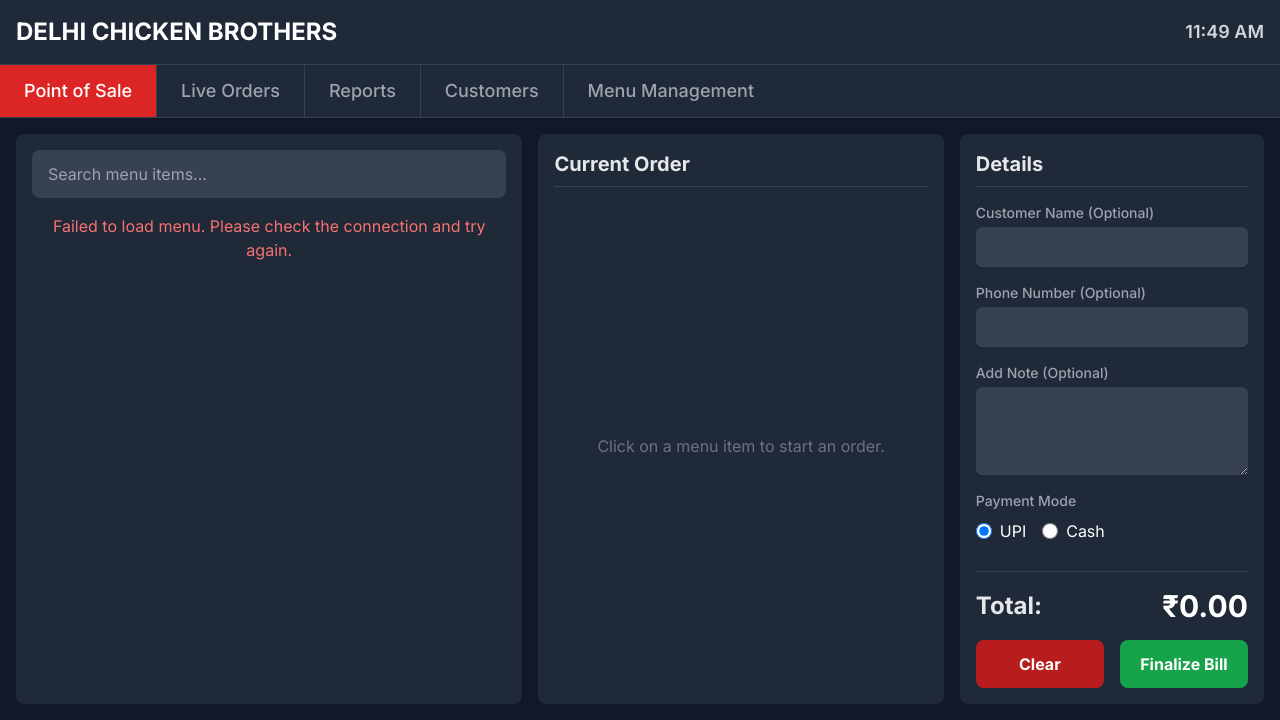
Repository: roydigital/dcb-pos-app
Page: index.html
An editor plug-in stored every save of this project. The page is shown before and after the next save, followed by the edit.
The browser window is 1280 px wide. The pictures show the whole page.
The page's requests for data from a server got no answer. Some web libraries are served in a nearby version.

Above is the page before, as saved 2025-09-18 17:05:16.

### index.html
<!DOCTYPE html>
<html lang="en">
<head>
    <meta charset="UTF-8">
    <meta name="viewport" content="width=device-width, initial-scale=1.0">
    <title>Delhi Chicken Brothers - POS</title>
    <script src="https://cdn.tailwindcss.com"></script>
    <link rel="preconnect" href="https://fonts.googleapis.com">
    <link rel="preconnect" href="https://fonts.gstatic.com" crossorigin>
    <link href="https://fonts.googleapis.com/css2?family=Inter:wght@400;500;600;700&display=swap" rel="stylesheet">
    <style>
        body {
            font-family: 'Inter', sans-serif;
        }
    </style>
</head>
<body class="bg-gray-900 text-gray-200">
    <div class="flex flex-col h-screen">
        <!-- Header -->
        <header class="bg-gray-800 p-4 flex justify-between items-center shadow-md">
            <h1 class="text-2xl font-bold text-white">DELHI CHICKEN BROTHERS</h1>
            <div id="current-time" class="text-lg font-semibold text-gray-300">11:46 AM</div>
        </header>

        <!-- Navigation Bar -->
        <nav class="bg-gray-800 border-t border-b border-gray-700">
            <div class="flex">
                <a href="index.html" class="px-6 py-3 text-lg font-medium bg-red-600 text-white border-r border-gray-700">Point of Sale</a>
                <a href="live-orders.html" class="px-6 py-3 text-lg font-medium text-gray-400 hover:bg-gray-700 border-r border-gray-700">Live Orders</a>
                <a href="reports.html" class="px-6 py-3 text-lg font-medium text-gray-400 hover:bg-gray-700 border-r border-gray-700">Reports</a>
                <a href="customers.html" class="px-6 py-3 text-lg font-medium text-gray-400 hover:bg-gray-700 border-r border-gray-700">Customers</a>
                <a href="menu-management.html" class="px-6 py-3 text-lg font-medium text-gray-400 hover:bg-gray-700">Menu Management</a>
            </div>
        </nav>

        <!-- Main Content -->
        <main class="flex-grow flex p-4 space-x-4 overflow-hidden">
            <!-- Left Column: Menu -->
            <div class="w-5/12 bg-gray-800 rounded-lg p-4 flex flex-col">
                <input type="text" id="menu-search-input" placeholder="Search menu items..." class="w-full bg-gray-700 text-white py-3 px-4 rounded-lg mb-4 focus:outline-none focus:ring-2 focus:ring-red-500">
                <div id="menu-grid" class="grid grid-cols-2 md:grid-cols-3 lg:grid-cols-4 gap-4 overflow-y-auto flex-grow">
                    <!-- Menu items will be dynamically inserted here -->
                </div>
            </div>

            <!-- Middle Column: Current Order -->
            <div class="w-4/12 bg-gray-800 rounded-lg p-4 flex flex-col">
                <h2 class="text-xl font-bold mb-4 border-b border-gray-700 pb-2">Current Order</h2>
                <div id="order-items" class="flex-grow flex items-center justify-center">
                    <p class="text-gray-500">Click on a menu item to start an order.</p>
                </div>
            </div>

            <!-- Right Column: Order Finalization -->
            <div class="w-3/12 bg-gray-800 rounded-lg p-4 flex flex-col">
                <h2 class="text-xl font-bold mb-4 border-b border-gray-700 pb-2">Details</h2>
                <div class="space-y-4">
                    <div class="relative">
                        <label for="customer-name" class="block text-sm font-medium text-gray-400">Customer Name (Optional)</label>
                        <input type="text" id="customer-name" class="mt-1 block w-full bg-gray-700 border-gray-600 rounded-md shadow-sm py-2 px-3 text-white focus:outline-none focus:ring-red-500 focus:border-red-500">
                        <div id="customer-search-results" class="absolute z-10 w-full bg-gray-800 border border-gray-600 rounded-md mt-1 shadow-lg" style="display: none;">
                            <!-- Search results will be populated here -->
                        </div>
                    </div>
                    <div>
                        <label for="phone-number" class="block text-sm font-medium text-gray-400">Phone Number (Optional)</label>
                        <input type="tel" id="phone-number" class="mt-1 block w-full bg-gray-700 border-gray-600 rounded-md shadow-sm py-2 px-3 text-white focus:outline-none focus:ring-red-500 focus:border-red-500">
                    </div>
                    <div>
                        <label for="order-notes" class="block text-sm font-medium text-gray-400">Add Note (Optional)</label>
                        <textarea id="order-notes" rows="3" class="mt-1 block w-full bg-gray-700 border-gray-600 rounded-md shadow-sm py-2 px-3 text-white focus:outline-none focus:ring-red-500 focus:border-red-500"></textarea>
                    </div>
                    <div>
                        <label class="block text-sm font-medium text-gray-400">Payment Mode</label>
                        <div class="mt-2 flex space-x-4">
                            <label class="flex items-center">
                                <input type="radio" name="payment-mode" value="upi" class="form-radio h-4 w-4 text-red-600 bg-gray-700 border-gray-600 focus:ring-red-500" checked>
                                <span class="ml-2 text-white">UPI</span>
                            </label>
                            <label class="flex items-center">
                                <input type="radio" name="payment-mode" value="cash" class="form-radio h-4 w-4 text-red-600 bg-gray-700 border-gray-600 focus:ring-red-500">
                                <span class="ml-2 text-white">Cash</span>
                            </label>
                        </div>
                    </div>
                </div>
                <div class="mt-auto pt-4 border-t border-gray-700">
                    <div class="flex justify-between items-center mb-4">
                        <span class="text-2xl font-bold">Total:</span>
                        <span id="total-amount" class="text-3xl font-bold text-white">₹0.00</span>
                    </div>
                    <div class="grid grid-cols-2 gap-4">
                        <button id="clear-order-btn" class="w-full bg-red-700 hover:bg-red-800 text-white font-bold py-3 px-4 rounded-lg">
                            Clear
                        </button>
                        <button id="finalize-bill-btn" class="w-full bg-green-600 hover:bg-green-700 text-white font-bold py-3 px-4 rounded-lg">
                            Finalize Bill
                        </button>
                    </div>
                </div>
            </div>
        </main>
    </div>

    <script>
        let currentOrder = [];
        let fullMenuList = [];

        function populateMenu(menuItemsToShow) {
            const menuGrid = document.getElementById('menu-grid');
            menuGrid.innerHTML = ''; // Clear existing items

            menuItemsToShow.forEach(item => {
                item.prices.forEach(priceInfo => {
                const button = document.createElement('button');

                // Conditional background colors based on portion size
                if (priceInfo.size === 'Half') {
                    button.className = 'bg-sky-700 hover:bg-sky-600 text-white font-semibold py-3 px-2 rounded-lg text-sm flex flex-col justify-center items-center shadow-lg transition-colors duration-200';
                } else if (priceInfo.size === 'Full') {
                    button.className = 'bg-teal-700 hover:bg-teal-600 text-white font-semibold py-3 px-2 rounded-lg text-sm flex flex-col justify-center items-center shadow-lg transition-colors duration-200';
                } else {
                    button.className = 'bg-gray-700 hover:bg-red-600 text-white font-semibold py-3 px-2 rounded-lg text-sm flex flex-col justify-center items-center shadow-lg transition-colors duration-200';
                }

                let itemName = item.name;
                if (priceInfo.size !== 'Standard') {
                    itemName += ` (${priceInfo.size})`;
                }

                const nameSpan = document.createElement('span');
                nameSpan.textContent = itemName;
                nameSpan.className = 'text-center';

                const priceSpan = document.createElement('span');
                priceSpan.textContent = `₹${priceInfo.price.toFixed(2)}`;
                priceSpan.className = 'text-lg font-bold mt-1';

                button.appendChild(nameSpan);
                button.appendChild(priceSpan);

                button.addEventListener('click', () => addToOrder(itemName, priceInfo.price));

                menuGrid.appendChild(button);
                });
            });
        }

        async function fetchAndDisplayMenu() {
            const menuGrid = document.getElementById('menu-grid');
            try {
                const response = await fetch('/api/menu');
                if (!response.ok) {
                    throw new Error(`HTTP error! status: ${response.status}`);
                }
                fullMenuList = await response.json();
                populateMenu(fullMenuList);
            } catch (error) {
                console.error("Failed to fetch menu:", error);
                menuGrid.innerHTML = `<p class="text-red-400 col-span-full text-center">Failed to load menu. Please check the connection and try again.</p>`;
            }
        }

        function addToOrder(itemName, itemPrice) {
            const existingItem = currentOrder.find(item => item.name === itemName);
            if (existingItem) {
                existingItem.quantity++;
            } else {
                currentOrder.push({ name: itemName, price: itemPrice, quantity: 1 });
            }
            renderOrder();
        }

        function renderOrder() {
            const orderItemsDiv = document.getElementById('order-items');
            orderItemsDiv.innerHTML = '';

            if (currentOrder.length === 0) {
                orderItemsDiv.innerHTML = '<p class="text-gray-500">Click on a menu item to start an order.</p>';
                orderItemsDiv.classList.add('flex', 'items-center', 'justify-center');
            } else {
                orderItemsDiv.classList.remove('flex', 'items-center', 'justify-center');
                const ul = document.createElement('ul');
                ul.className = 'space-y-2 w-full';

                currentOrder.forEach((item, index) => {
                    const li = document.createElement('li');
                    li.className = 'flex items-center justify-between bg-gray-700 p-2 rounded-md';

                    const nameAndQty = document.createElement('div');
                    nameAndQty.className = 'flex items-center';

                    const qtySpan = document.createElement('span');
                    qtySpan.textContent = `${item.quantity}x`;
                    qtySpan.className = 'font-bold mr-2';

                    const nameSpan = document.createElement('span');
                    nameSpan.textContent = item.name;

                    nameAndQty.appendChild(qtySpan);
                    nameAndQty.appendChild(nameSpan);

                    const priceAndControls = document.createElement('div');
                    priceAndControls.className = 'flex items-center';

                    const priceSpan = document.createElement('span');
                    priceSpan.textContent = `₹${(item.price * item.quantity).toFixed(2)}`;
                    priceSpan.className = 'font-bold mr-4';

                    const controls = document.createElement('div');
                    controls.className = 'flex items-center space-x-2';

                    const plusBtn = document.createElement('button');
                    plusBtn.textContent = '+';
                    plusBtn.className = 'bg-green-500 hover:bg-green-600 text-white font-bold w-6 h-6 rounded-full';
                    plusBtn.onclick = () => {
                        item.quantity++;
                        renderOrder();
                    };

                    const minusBtn = document.createElement('button');
                    minusBtn.textContent = '-';
                    minusBtn.className = 'bg-yellow-500 hover:bg-yellow-600 text-white font-bold w-6 h-6 rounded-full';
                    minusBtn.onclick = () => {
                        item.quantity--;
                        if (item.quantity === 0) {
                            currentOrder.splice(index, 1);
                        }
                        renderOrder();
                    };

                    const removeBtn = document.createElement('button');
                    removeBtn.innerHTML = '&#128465;'; // Trash can icon
                    removeBtn.className = 'bg-red-500 hover:bg-red-600 text-white font-bold w-6 h-6 rounded-full flex items-center justify-center';
                    removeBtn.onclick = () => {
                        currentOrder.splice(index, 1);
                        renderOrder();
                    };

                    controls.appendChild(plusBtn);
                    controls.appendChild(minusBtn);
                    controls.appendChild(removeBtn);

                    priceAndControls.appendChild(priceSpan);
                    priceAndControls.appendChild(controls);

                    li.appendChild(nameAndQty);
                    li.appendChild(priceAndControls);
                    ul.appendChild(li);
                });
                orderItemsDiv.appendChild(ul);
            }

            const totalAmount = currentOrder.reduce((total, item) => total + (item.price * item.quantity), 0);
            document.getElementById('total-amount').textContent = `₹${totalAmount.toFixed(2)}`;
        }

        function updateTime() {
            const timeEl = document.getElementById('current-time');
            const now = new Date();
            timeEl.textContent = now.toLocaleTimeString('en-US', { hour: '2-digit', minute: '2-digit', hour12: true });
        }

        function showTemporaryMessage(message, isError = false) {
            const messageContainer = document.createElement('div');
            messageContainer.textContent = message;
            messageContainer.className = `fixed bottom-4 right-4 px-6 py-3 rounded-lg text-white font-semibold shadow-lg ${isError ? 'bg-red-600' : 'bg-green-600'}`;

            document.body.appendChild(messageContainer);

            setTimeout(() => {
                messageContainer.remove();
            }, 3000); // Message disappears after 3 seconds
        }

        async function handleFinalizeBill() {
            if (currentOrder.length === 0) {
                showTemporaryMessage("Cannot finalize an empty order.", true);
                return;
            }

            const totalAmount = currentOrder.reduce((total, item) => total + (item.price * item.quantity), 0);
            const customerName = document.getElementById('customer-name').value;
            const customerPhone = document.getElementById('phone-number').value;
            const paymentMode = document.querySelector('input[name="payment-mode"]:checked').value;
            const notes = document.getElementById('order-notes').value;

            const orderData = {
                items: currentOrder,
                totalAmount: totalAmount,
                customerName: customerName,
                customerPhone: customerPhone,
                paymentMode: paymentMode,
                notes: notes
            };

            try {
                const response = await fetch('/api/orders', {
                    method: 'POST',
                    headers: {
                        'Content-Type': 'application/json'
                    },
                    body: JSON.stringify(orderData)
                });

                if (response.ok) {
                    const result = await response.json();
                    console.log('Order successful:', result);
                    showTemporaryMessage("Order Finalized Successfully!");

                    printReceipt(result);

                    // Clear order and inputs
                    currentOrder = [];
                    renderOrder();
                    document.getElementById('customer-name').value = '';
                    document.getElementById('phone-number').value = '';
                    document.getElementById('order-notes').value = '';
                } else {
                    const errorData = await response.json();
                    console.error('Error finalizing order:', errorData);
                    showTemporaryMessage(`Error: ${errorData.message || 'Could not finalize order.'}`, true);
                }
            } catch (error) {
                console.error('Network or fetch error:', error);
                showTemporaryMessage("A network error occurred. Please try again.", true);
            }
        }

function printReceipt(orderData) {
  // --- NEW INCLUSIVE GST CALCULATIONS ---
  const grandTotal = orderData.totalAmount;
  const preTaxTotal = grandTotal / 1.05;
  const gstAmount = grandTotal - preTaxTotal;

  // --- CUSTOMER RECEIPT - ITEM ROWS ---
  const customerItemRows = orderData.items.map(item => `
    <tr>
      <td style="text-align: left;">${item.quantity}x ${item.name}</td>
      <td style="text-align: right;">₹${(item.price * item.quantity).toFixed(2)}</td>
    </tr>
  `).join('');

  // --- KITCHEN TICKET - ITEM ROWS (NO PRICES) ---
  const kitchenItemRows = orderData.items.map(item => `
    <tr>
      <td style="font-size: 14pt; font-weight: bold;">${item.quantity}x</td>
      <td style="font-size: 14pt;">${item.name}</td>
    </tr>
  `).join('');

  // --- CREATE THE FULL HTML FOR THE NEW WINDOW ---
  const receiptHtml = `
    <!DOCTYPE html>
    <html>
      <head>
        <title>Receipt</title>
        <style>
          body { width: 80mm; font-family: 'Courier New', monospace; font-size: 10pt; color: #000; }
          .header, .totals-section { text-align: center; }
          .header h1 { margin: 5px 0; font-size: 14pt; }
          .header p { margin: 2px 0; font-size: 9pt; }
          .items-table, .summary-table { width: 100%; border-collapse: collapse; margin-top: 10px; }
          .items-table th, .summary-table td { padding: 3px; }
          .items-table th { border-bottom: 1px dashed #000; }
          .kitchen-items-table td { padding: 4px 2px; }
          .text-right { text-align: right; }
          hr.dashed { border-top: 1px dashed #000; margin: 10px 0; }
          .cut-here { text-align: center; font-size: 9pt; margin: 40px 0; padding: 10px 0; border-top: 2px dashed #000; border-bottom: 2px dashed #000; }
        </style>
      </head>
      <body>
        <div class="header">
          <h1>Delhi Chicken Brothers</h1>
          <p>Shop 6, Aar City Regency, Gaur City 2</p>
          <p>Uttar Pradesh 201009</p>
          <p>GSTIN: 09ALRPR8561K2Z0</p>
          <p>Mobile: 9211022131</p>
        </div>
        <hr class="dashed">
        <p>Order #: ${orderData.orderNumber}</p>
        <p>Date: ${new Date(orderData.createdAt).toLocaleString('en-IN')}</p>
        <hr class="dashed">
        <table class="items-table">
          <thead>
            <tr>
              <th style="text-align: left;">Item</th>
              <th style="text-align: right;">Price</th>
            </tr>
          </thead>
          <tbody>
            ${customerItemRows}
          </tbody>
        </table>
        <hr class="dashed">
        <table class="summary-table">
          <tbody>
            <tr>
              <td>Total:</td>
              <td class="text-right">₹${grandTotal.toFixed(2)}</td>
            </tr>
            <tr>
              <td style="font-size: 8pt;">(Includes GST @ 5%):</td>
              <td class="text-right" style="font-size: 8pt;">₹${gstAmount.toFixed(2)}</td>
            </tr>
          </tbody>
        </table>
        <div class="totals-section" style="margin-top: 10px;">
            <p>Thank you for your order!</p>
        </div>
        <div class="cut-here">
          --- < CUT HERE > ---
        </div>

        <div class="header">
            <h1 style="font-size: 18pt;">KITCHEN TICKET</h1>
            <p style="font-size: 14pt;">Order #: ${orderData.orderNumber}</p>
            <p style="font-size: 9pt;">${new Date(orderData.createdAt).toLocaleTimeString('en-IN')}</p>
        </div>
        <hr class="dashed">
        <table class="kitchen-items-table">
            <tbody>
                ${kitchenItemRows}
            </tbody>
        </table>
        ${orderData.notes ? `
            <hr class="dashed">
            <div style="text-align: left;">
                <h2 style="font-size: 14pt; margin: 5px 0;">**NOTE:**</h2>
                <p style="font-size: 14pt; font-weight: bold;">${orderData.notes}</p>
            </div>
        ` : ''}
        </body>
    </html>
  `;

  // --- Use the New Window Method to Print ---
  const printWindow = window.open('', '_blank');
  printWindow.document.write(receiptHtml);
  printWindow.document.close();
  printWindow.focus();
  setTimeout(() => {
    printWindow.print();
    printWindow.close();
  }, 250);
}

        document.getElementById('clear-order-btn').addEventListener('click', () => {
            currentOrder = [];
            renderOrder();
        });

        document.getElementById('finalize-bill-btn').addEventListener('click', handleFinalizeBill);

        const customerNameInput = document.getElementById('customer-name');
        const customerSearchResults = document.getElementById('customer-search-results');
        const phoneNumberInput = document.getElementById('phone-number');

        customerNameInput.addEventListener('input', async (e) => {
            const searchText = e.target.value;

            if (searchText.length < 2) {
                customerSearchResults.innerHTML = '';
                customerSearchResults.style.display = 'none';
                return;
            }

            try {
                const response = await fetch(`/api/customers/search?q=${encodeURIComponent(searchText)}`);
                if (!response.ok) {
                    throw new Error('Customer search failed');
                }
                const customers = await response.json();

                customerSearchResults.innerHTML = '';
                if (customers.length > 0) {
                    customers.forEach(customer => {
                        const resultItem = document.createElement('div');
                        resultItem.className = 'p-2 hover:bg-gray-700 cursor-pointer';
                        resultItem.textContent = `${customer.name} - ${customer.phone}`;
                        resultItem.dataset.name = customer.name;
                        resultItem.dataset.phone = customer.phone;
                        customerSearchResults.appendChild(resultItem);
                    });
                    customerSearchResults.style.display = 'block';
                } else {
                    customerSearchResults.style.display = 'none';
                }
            } catch (error) {
                console.error('Error fetching customers:', error);
                customerSearchResults.innerHTML = '';
                customerSearchResults.style.display = 'none';
            }
        });

        customerSearchResults.addEventListener('click', (e) => {
            if (e.target.dataset.name) {
                customerNameInput.value = e.target.dataset.name;
                phoneNumberInput.value = e.target.dataset.phone;
                customerSearchResults.innerHTML = '';
                customerSearchResults.style.display = 'none';
            }
        });

        customerNameInput.addEventListener('blur', () => {
            // Delay hiding to allow click event to register
            setTimeout(() => {
                customerSearchResults.innerHTML = '';
                customerSearchResults.style.display = 'none';
            }, 150);
        });

        document.addEventListener('click', (e) => {
            if (!customerNameInput.contains(e.target) && !customerSearchResults.contains(e.target)) {
                customerSearchResults.innerHTML = '';
                customerSearchResults.style.display = 'none';
            }
        });

        document.getElementById('menu-search-input').addEventListener('input', (e) => {
            const searchTerm = e.target.value.toLowerCase();
            const filteredMenu = fullMenuList.filter(item => item.name.toLowerCase().includes(searchTerm));
            populateMenu(filteredMenu);
        });

        // Initial calls
        fetchAndDisplayMenu();
        updateTime();
        setInterval(updateTime, 1000); // Update time every second
    </script>
</body>
</html>

After the next save:
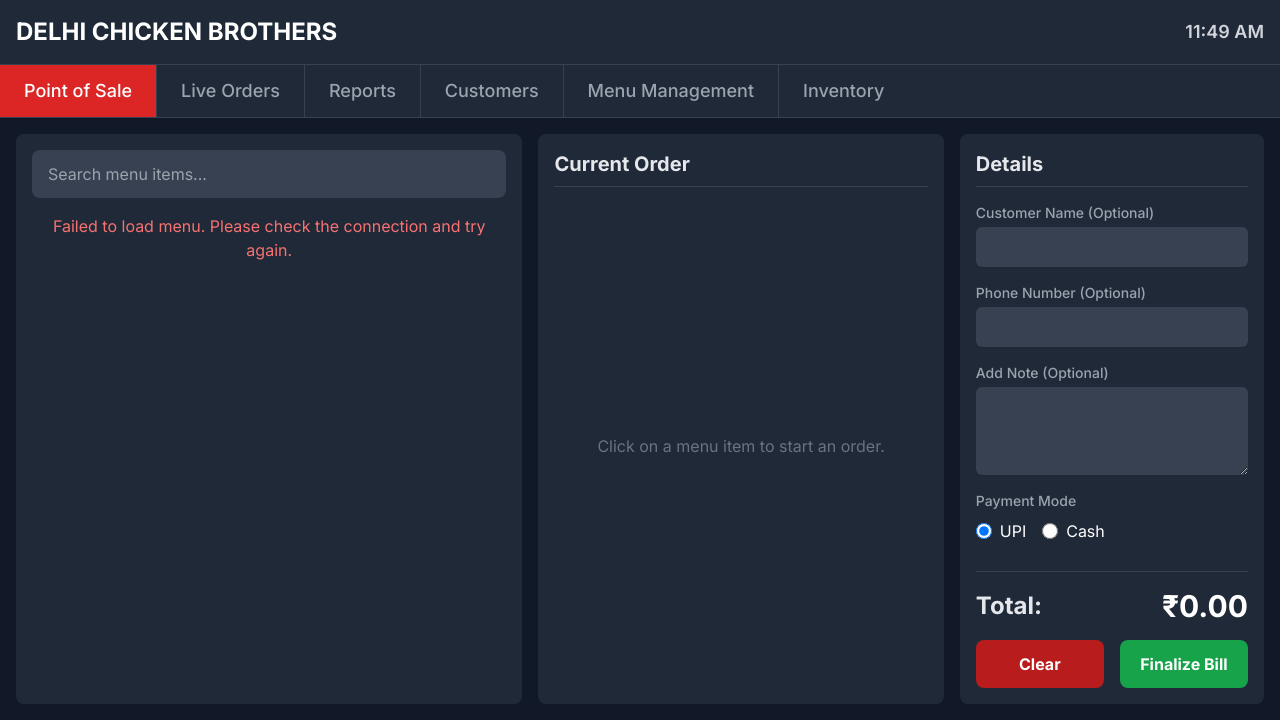
Saved 29 s later.
--- a/index.html
+++ b/index.html
@@ -29,7 +29,8 @@
                 <a href="live-orders.html" class="px-6 py-3 text-lg font-medium text-gray-400 hover:bg-gray-700 border-r border-gray-700">Live Orders</a>
                 <a href="reports.html" class="px-6 py-3 text-lg font-medium text-gray-400 hover:bg-gray-700 border-r border-gray-700">Reports</a>
                 <a href="customers.html" class="px-6 py-3 text-lg font-medium text-gray-400 hover:bg-gray-700 border-r border-gray-700">Customers</a>
-                <a href="menu-management.html" class="px-6 py-3 text-lg font-medium text-gray-400 hover:bg-gray-700">Menu Management</a>
+                <a href="menu-management.html" class="px-6 py-3 text-lg font-medium text-gray-400 hover:bg-gray-700 border-r border-gray-700">Menu Management</a>
+                <a href="inventory.html" class="px-6 py-3 text-lg font-medium text-gray-400 hover:bg-gray-700">Inventory</a>
             </div>
         </nav>
 
